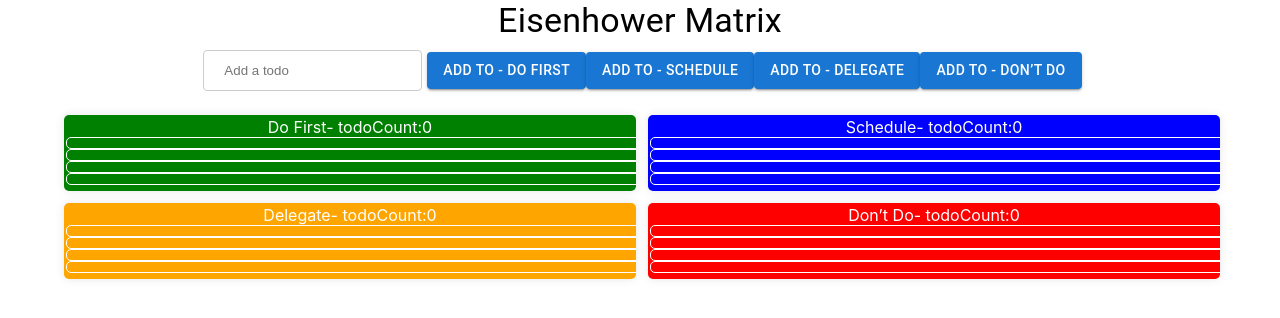
Repository: GokulDev4U/Krixi_react_assignment
Page: /
An editor plug-in stored every save of this project. The page is shown before and after the next save, followed by the edit.
The browser window is 1280 px wide. The pictures show the whole page.
The project was rebuilt for these pictures with package versions that can differ from the ones it lists, and the page was loaded fresh each time.

Above is the page before, as saved 2022-04-05 14:03:10.

After the next save:
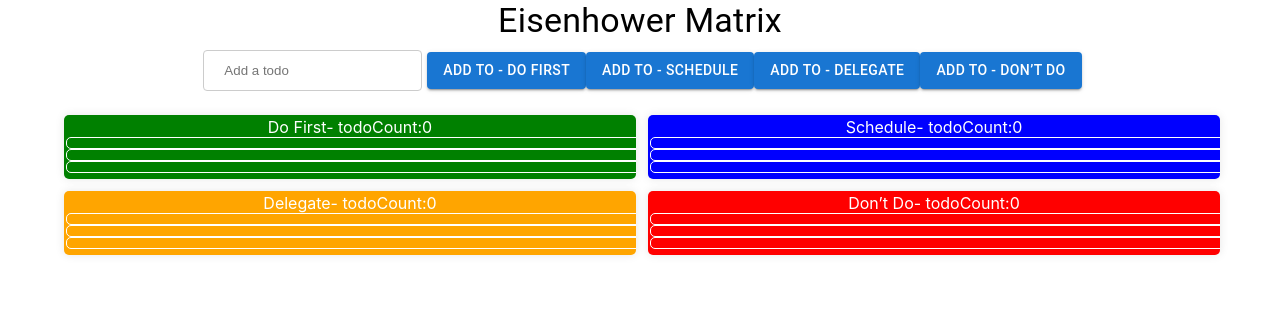
Saved 33 s later.
--- a/src/Components/card/Card.jsx
+++ b/src/Components/card/Card.jsx
@@ -62,9 +62,9 @@
               <Draggable draggableId={title} index={1}>
                 {(provided, snapshot) => {
                   return (
-                    <div className="card-content-item" ref={provided.innerRef} {...provided.draggableProps} {...provided.dragHandleProps}>
+                    <div ref={provided.innerRef} {...provided.draggableProps} {...provided.dragHandleProps}>
                       {flag === "schedule" && todosSchedule?.map((todo, index) => (
-                        <div key={index} >
+                        <div className="card-content-item" key={index} >
                           {todo}
                         </div>
                       ))}

After the save that followed:
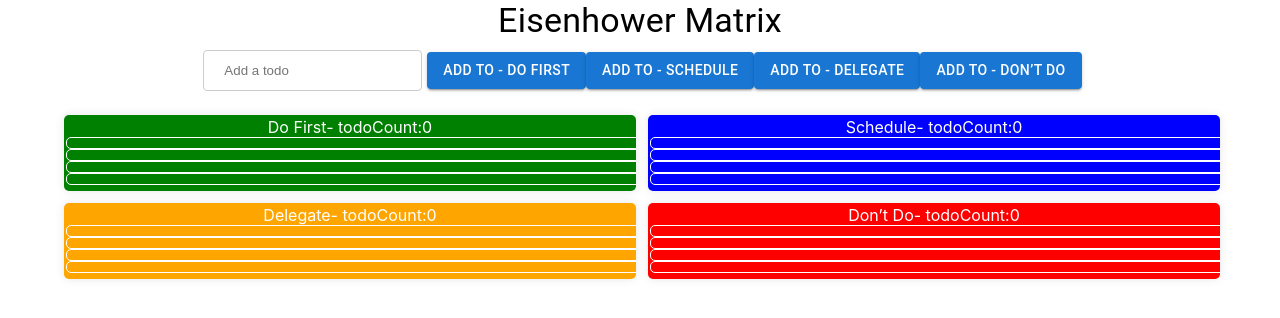
Saved 27 s later.
--- a/src/Components/card/Card.jsx
+++ b/src/Components/card/Card.jsx
@@ -62,9 +62,9 @@
               <Draggable draggableId={title} index={1}>
                 {(provided, snapshot) => {
                   return (
-                    <div ref={provided.innerRef} {...provided.draggableProps} {...provided.dragHandleProps}>
+                    <div className="card-content-item" ref={provided.innerRef} {...provided.draggableProps} {...provided.dragHandleProps}>
                       {flag === "schedule" && todosSchedule?.map((todo, index) => (
-                        <div className="card-content-item" key={index} >
+                        <div key={index} >
                           {todo}
                         </div>
                       ))}
